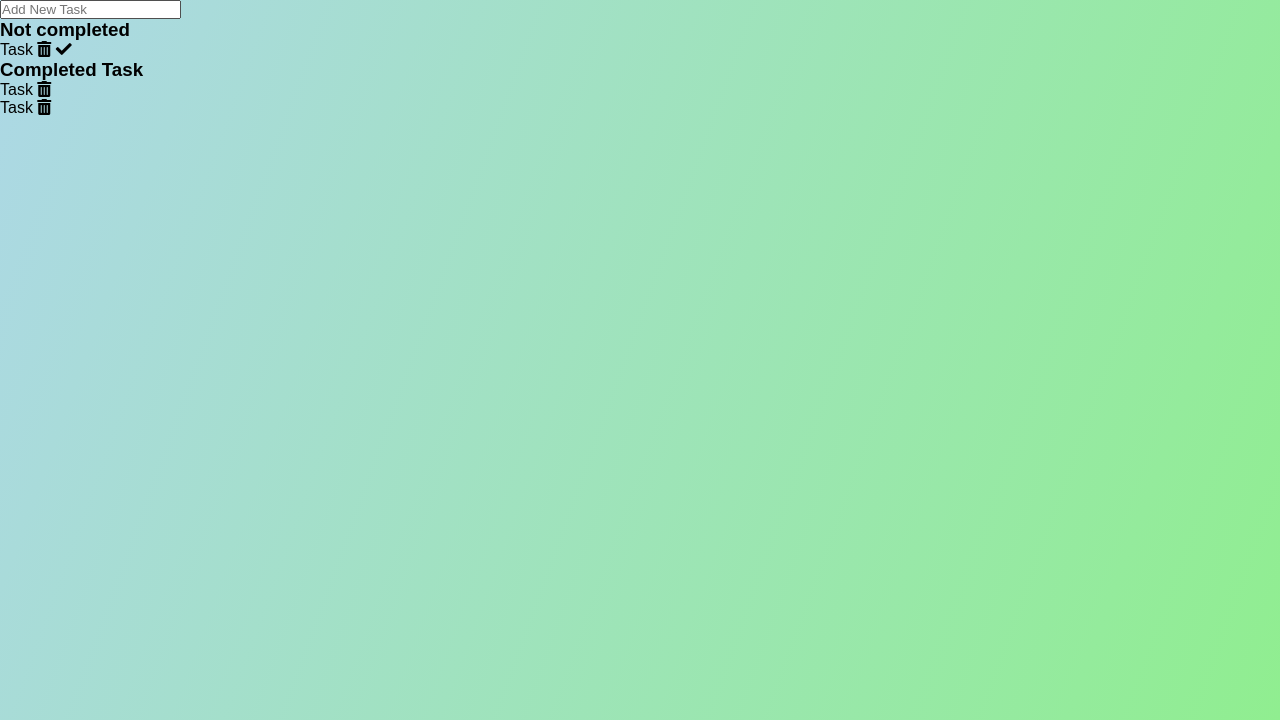
Repository: Mayur2905/OIBSIP
Page: Task-6/index.html
The author's editor kept a copy of each file at every save. The page is drawn from the files as they stood at one save, then again after the next save.
The browser window is 1280 px wide. The pictures show the whole page.

Above is the page before, as saved 2022-02-05 19:30:16.

After the next save:
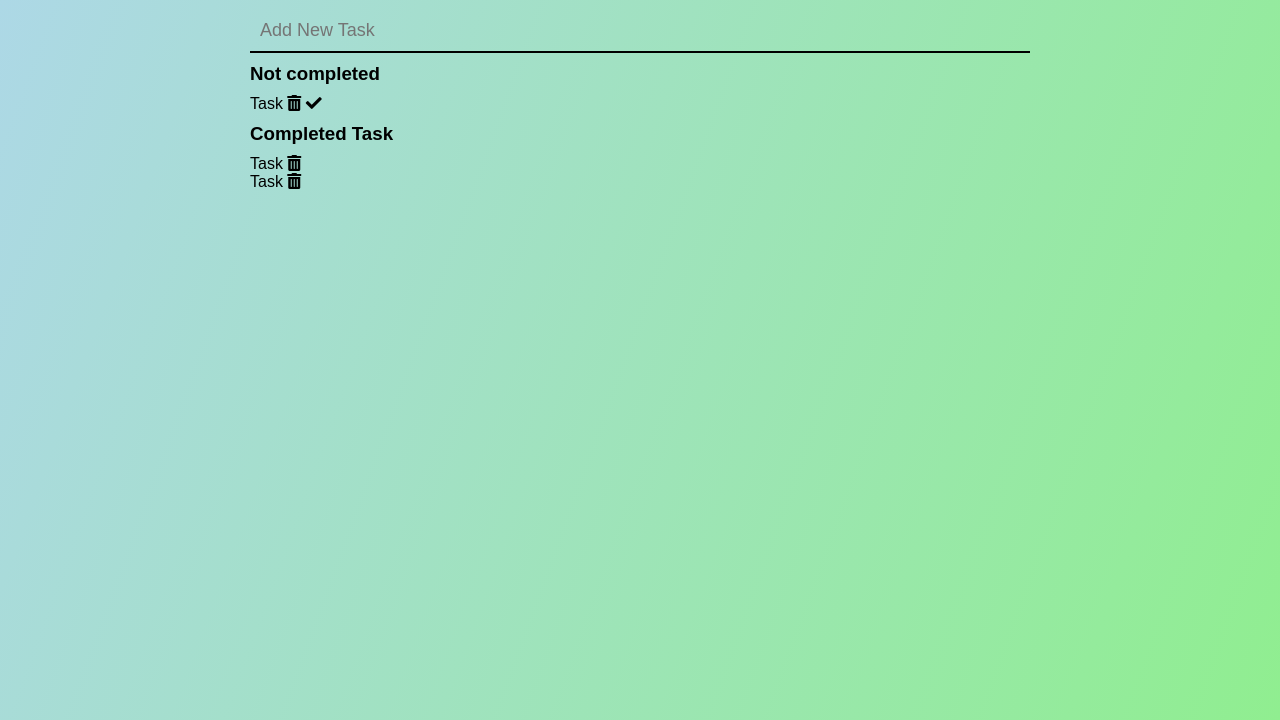
Saved 7 min 44 s later.
--- a/Task-6/style.css
+++ b/Task-6/style.css
@@ -8,3 +8,25 @@ body {
   background-image: linear-gradient(110deg, lightblue, lightgreen);
   min-height: 100vh;
 }
+
+.container {
+  max-width: 800px;
+  margin: auto;
+  padding: 10px;
+}
+.textb {
+  width: 100%;
+  border: none;
+  border-bottom: 2px solid #000;
+  background: none;
+  padding: 10px;
+  outline: none;
+  font-size: 18px;
+}
+h3 {
+  margin: 10px 0;
+}
+.task {
+  width: 100%;
+  background: rgba(255, 255, 255, 0);
+}
